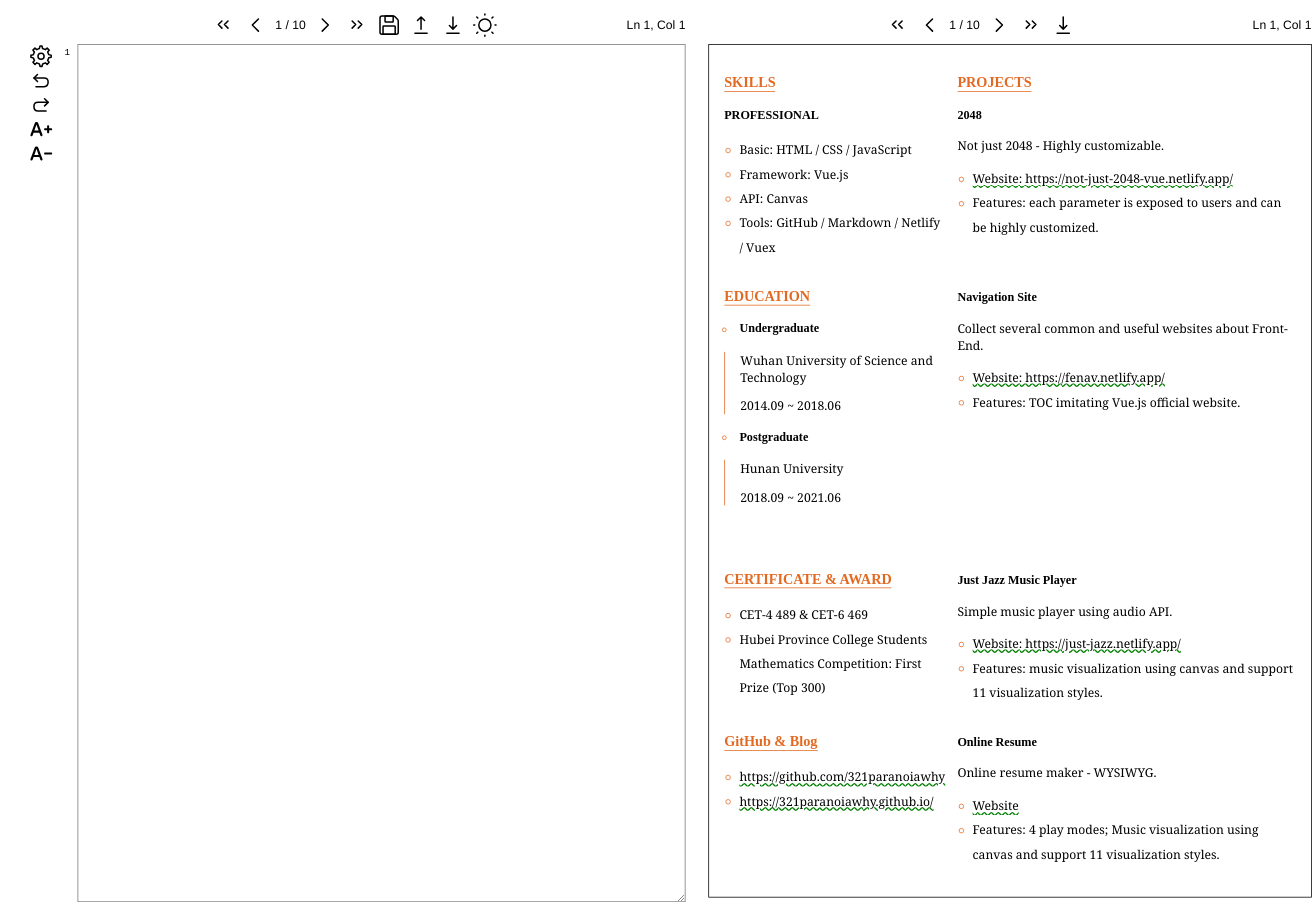
Repository: 321paranoiawhy/online-resume
Page: /
An editor plug-in stored every save of this project. The page is shown before and after the next save, followed by the edit.
The browser window is 1280 px wide. The page is 1726 px wide, so the pictures cover 1726 px, including what lies to the right of the window. The pictures show the whole page, at 76% of full size.
The project was rebuilt for these pictures with package versions that can differ from the ones it lists, and the page was loaded fresh each time. Also part of the build but not shown: vue.config.js, src/components/Header.vue, src/components/Introduction.vue, src/components/Footer.vue.

Above is the page before, as saved 2022-06-08 18:00:25.

After the next save:
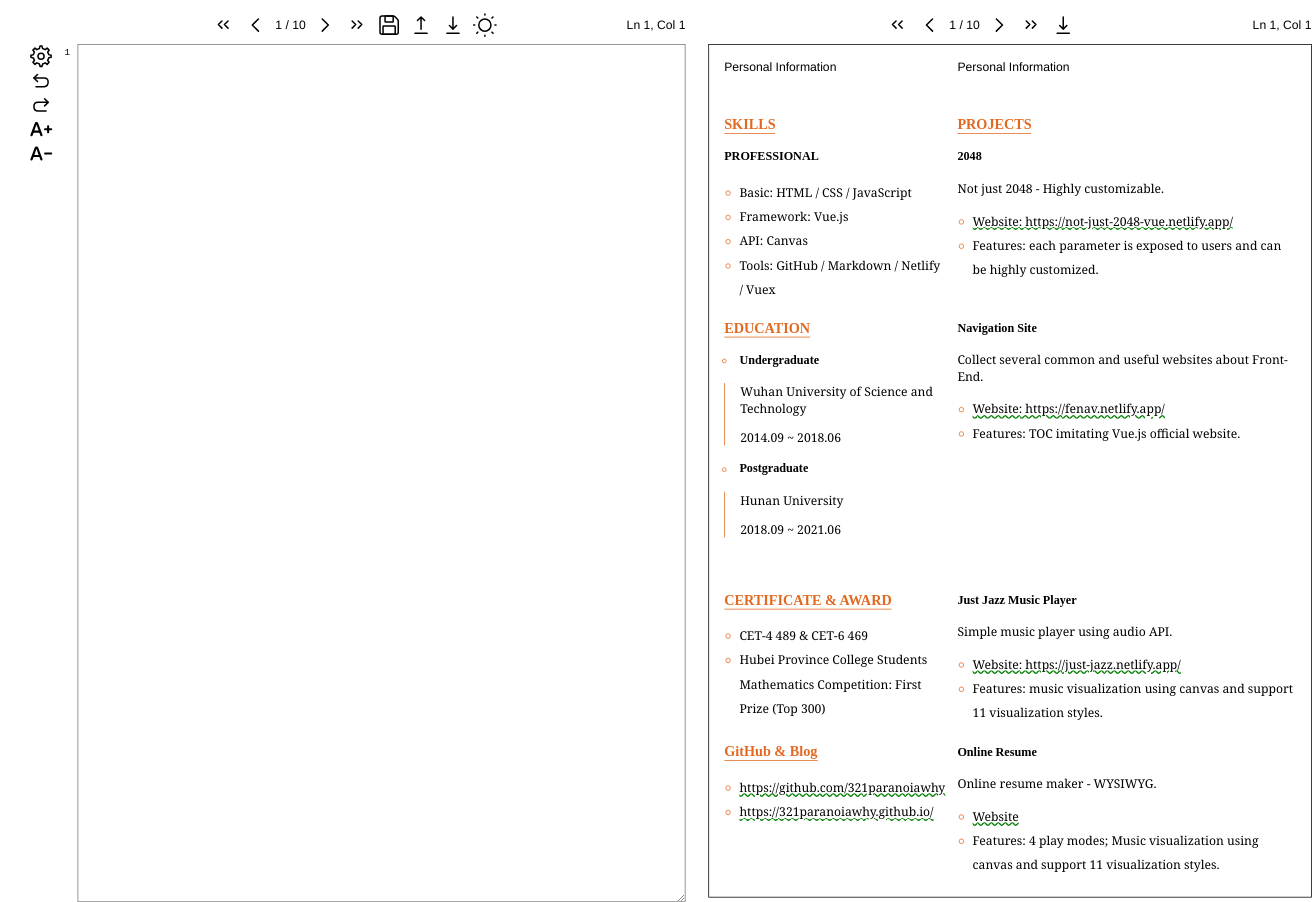
Saved 60 s later.
--- a/src/components/testTemplateEN.vue
+++ b/src/components/testTemplateEN.vue
@@ -1,5 +1,7 @@
 <template>
     <div class="grid">
+        <div>Personal Information</div>
+        <div>Personal Information</div>
         <div>
             <h3>SKILLS</h3>
             <h4>PROFESSIONAL</h4>
